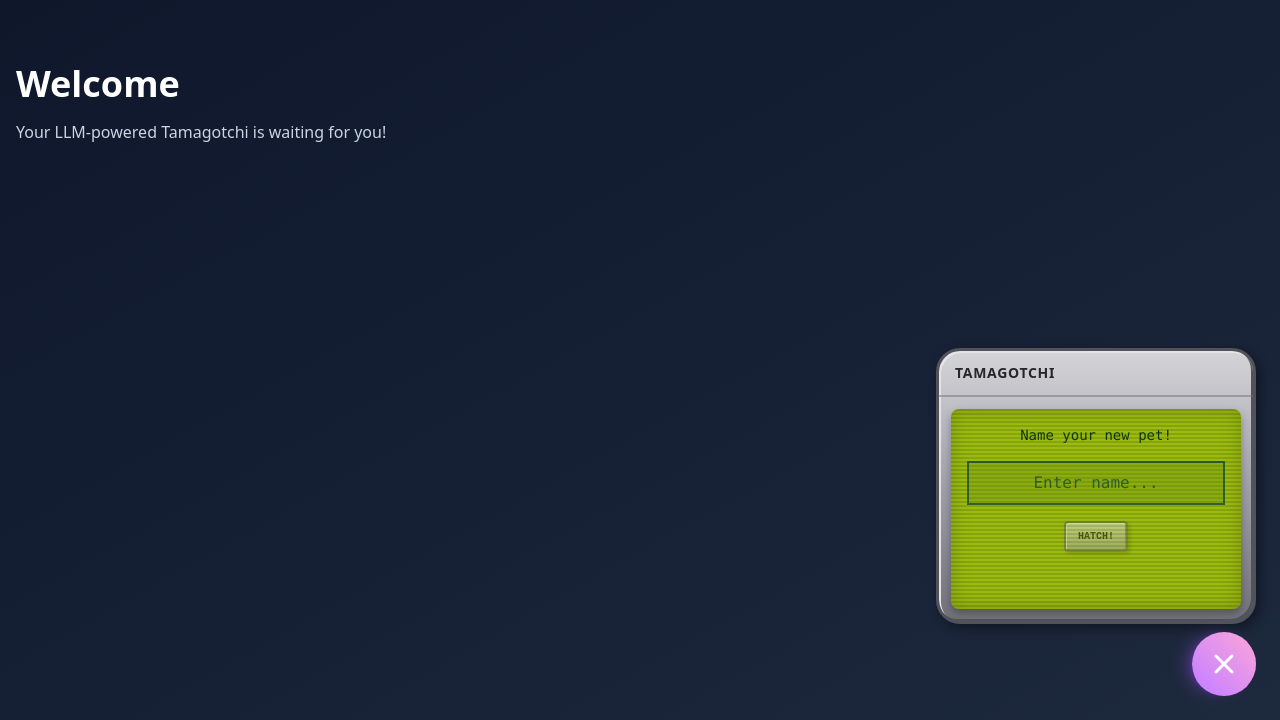
Repository: kttalley/local-llm-tamagotchi
Page: /
An editor plug-in stored every save of this project. The page is shown before and after the next save, followed by the edit.
The browser window is 1280 px wide. The pictures show the whole page.
The page's requests for data from a server got no answer. The project was rebuilt for these pictures with package versions that can differ from the ones it lists, and the page was loaded fresh each time. No one was signed in, and anything a server would have sent is missing. Also part of the build but not shown: vite.config.ts, src/components/PetDisplay/index.tsx, src/components/StatsBar/index.jsx, src/services/ollama.ts, src/components/ActionButtons/index.jsx, src/components/ChatBubble/index.tsx.

Above is the page before, as saved 2026-01-12 18:33:33.

### index.html
<!DOCTYPE html>
<html lang="en">
  <head>
    <meta charset="UTF-8" />
    <link rel="icon" type="image/svg+xml" href="/vite.svg" />
    <meta name="viewport" content="width=device-width, initial-scale=1.0" />
    <title>LLM Tamagotchi</title>
  </head>
  <body>
    <div id="root"></div>
    <script type="module" src="/src/main.tsx"></script>
  </body>
</html>

### src/main.tsx
import { StrictMode } from 'react'
import { createRoot } from 'react-dom/client'
import './styles/index.css'
import App from './App'

createRoot(document.getElementById('root')!).render(
  <StrictMode>
    <App />
  </StrictMode>,
)

### src/styles/index.css
@import "tailwindcss";

/* Custom Pixel Art Styles */
@layer base {
  :root {
    /* LCD Color Palette - authentic 90s Tamagotchi colors */
    --lcd-bg: #9bbc0f;
    --lcd-light: #8bac0f;
    --lcd-dark: #306230;
    --lcd-darkest: #0f380f;
  }

  body {
    font-family: system-ui, -apple-system, sans-serif;
  }
}

@layer components {
  /* Pixel-perfect rendering for sprites */
  .pixel-art {
    image-rendering: pixelated;
    image-rendering: crisp-edges;
  }

  /* LCD Screen Effect */
  .lcd-screen {
    background-color: var(--lcd-bg);
    background-image:
      repeating-linear-gradient(
        0deg,
        transparent,
        transparent 2px,
        rgba(0, 0, 0, 0.03) 2px,
        rgba(0, 0, 0, 0.03) 4px
      );
    box-shadow:
      inset 0 0 20px rgba(0, 0, 0, 0.2),
      0 4px 8px rgba(0, 0, 0, 0.3);
    border-radius: 8px;
  }

  /* Scanline overlay effect */
  .scanlines::after {
    content: "";
    position: absolute;
    inset: 0;
    background: repeating-linear-gradient(
      0deg,
      transparent,
      transparent 2px,
      rgba(0, 0, 0, 0.1) 2px,
      rgba(0, 0, 0, 0.1) 4px
    );
    pointer-events: none;
  }

  /* Retro button style */
  .retro-btn {
    background: linear-gradient(180deg, #e0e0e0 0%, #a0a0a0 100%);
    border: 2px solid #606060;
    border-radius: 4px;
    box-shadow:
      inset 1px 1px 0 #ffffff,
      inset -1px -1px 0 #808080,
      2px 2px 4px rgba(0, 0, 0, 0.3);
    font-family: monospace;
    font-weight: bold;
    text-transform: uppercase;
    font-size: 10px;
    padding: 6px 12px;
    cursor: pointer;
    transition: transform 0.1s;
  }

  .retro-btn:active {
    transform: translateY(1px);
    box-shadow:
      inset 1px 1px 0 #808080,
      inset -1px -1px 0 #ffffff,
      1px 1px 2px rgba(0, 0, 0, 0.3);
  }

  /* Pixel-style progress bar */
  .pixel-bar {
    height: 8px;
    background: var(--lcd-darkest);
    border: 2px solid var(--lcd-dark);
  }

  .pixel-bar-fill {
    height: 100%;
    background: var(--lcd-light);
    transition: width 0.3s ease;
  }

  /* Widget container */
  .tamagotchi-shell {
    background: linear-gradient(180deg, #d4d4d8 0%, #a1a1aa 50%, #71717a 100%);
    border: 3px solid #52525b;
    border-radius: 24px;
    box-shadow:
      inset 2px 2px 0 #e4e4e7,
      inset -2px -2px 0 #52525b,
      4px 4px 12px rgba(0, 0, 0, 0.4);
  }
}

/* Sprite animation keyframes */
@keyframes idle-bounce {
  0%, 100% { transform: translateY(0); }
  50% { transform: translateY(-4px); }
}

@keyframes blink {
  0%, 90%, 100% { opacity: 1; }
  95% { opacity: 0; }
}

.pet-idle {
  animation: idle-bounce 1s ease-in-out infinite;
}

.pet-blink {
  animation: blink 3s ease-in-out infinite;
}

### src/App.jsx
import { FloatingButton } from './components/FloatingButton'
import { TamagotchiWidget } from './components/TamagotchiWidget'
import { usePetStore } from './store/petStore'

function App() {
  const { isWidgetOpen, toggleWidget } = usePetStore()

  return (
    <div className="min-h-screen bg-gradient-to-br from-slate-900 to-slate-800">
      {/* Homepage content placeholder */}
      <main className="container mx-auto px-4 py-16">
        <h1 className="text-4xl font-bold text-white mb-4">Welcome</h1>
        <p className="text-slate-300">Your LLM-powered Tamagotchi is waiting for you!</p>
      </main>

      {/* Floating Tamagotchi Widget */}
      <TamagotchiWidget isOpen={isWidgetOpen} onClose={toggleWidget} />
      <FloatingButton onClick={toggleWidget} isOpen={isWidgetOpen} />
    </div>
  )
}

export default App

### src/components/FloatingButton/index.tsx
interface FloatingButtonProps {
  onClick: () => void
  isOpen: boolean
}

export function FloatingButton({ onClick, isOpen }: FloatingButtonProps) {
  return (
    <button
      onClick={onClick}
      className={`
        fixed bottom-6 right-6 z-50
        w-16 h-16 rounded-full
        bg-gradient-to-br from-pink-300 to-purple-400
        shadow-lg shadow-purple-500/30
        flex items-center justify-center
        transition-all duration-300 ease-out
        hover:scale-110 hover:shadow-xl hover:shadow-purple-500/40
        active:scale-95
        ${isOpen ? 'rotate-90' : 'rotate-0'}
      `}
      aria-label={isOpen ? 'Close Tamagotchi' : 'Open Tamagotchi'}
    >
      {/* Pixel art egg/pet icon */}
      <svg
        viewBox="0 0 32 32"
        className="w-8 h-8 pixel-art"
        fill="none"
      >
        {isOpen ? (
          // X icon when open
          <path
            d="M8 8L24 24M24 8L8 24"
            stroke="white"
            strokeWidth="3"
            strokeLinecap="round"
          />
        ) : (
          // Egg icon when closed
          <>
            <ellipse cx="16" cy="18" rx="10" ry="12" fill="white" />
            <ellipse cx="16" cy="18" rx="8" ry="10" fill="#dcf428" />
            <circle cx="12" cy="16" r="2" fill="#1f2937" />
            <circle cx="20" cy="16" r="2" fill="#1f2937" />
            <path
              d="M13 20 Q16 23 19 20"
              stroke="#1f2937"
              strokeWidth="1.5"
              fill="none"
            />
          </>
        )}
      </svg>
    </button>
  )
}

### src/components/TamagotchiWidget/index.tsx
import { useEffect, useState } from 'react'
import { usePetStore } from '../../store/petStore'
import { PetDisplay } from '../PetDisplay'
import { StatsBar } from '../StatsBar'
import { ActionButtons } from '../ActionButtons'
import { ChatBubble } from '../ChatBubble'

interface TamagotchiWidgetProps {
  isOpen: boolean
  onClose: () => void
}

export function TamagotchiWidget({ isOpen }: TamagotchiWidgetProps) {
  const { pet, createPet, tickStats, chatHistory } = usePetStore()
  const [petName, setPetName] = useState('')
  const [showChat, setShowChat] = useState(false)

  // Tick stats every minute
  useEffect(() => {
    if (!pet) return

    const interval = setInterval(() => {
      tickStats()
    }, 60000)

    return () => clearInterval(interval)
  }, [pet, tickStats])

  // Update stats on mount if pet exists
  useEffect(() => {
    if (pet) {
      tickStats()
    }
  }, [])

  const handleCreatePet = (e: React.FormEvent) => {
    e.preventDefault()
    if (petName.trim()) {
      createPet(petName.trim())
      setPetName('')
    }
  }

  const lastMessage = chatHistory[chatHistory.length - 1]

  if (!isOpen) return null

  return (
    <div
      className={`
        fixed bottom-24 right-6 z-40
        w-80 tamagotchi-shell
        transform transition-all duration-300 ease-out
        ${isOpen ? 'translate-y-0 opacity-100 scale-100' : 'translate-y-8 opacity-0 scale-95'}
      `}
    >
      {/* Header */}
      <div className="px-4 py-3 border-b-2 border-zinc-500/50">
        <div className="flex items-center justify-between">
          <h2 className="text-sm font-bold text-zinc-800 uppercase tracking-wider">
            {pet ? pet.name : 'Tamagotchi'}
          </h2>
          {pet && (
            <span className="text-xs text-zinc-600 uppercase">
              {pet.evolutionStage}
            </span>
          )}
        </div>
      </div>

      {/* LCD Screen */}
      <div className="m-3 p-4 lcd-screen relative overflow-hidden min-h-[200px]">
        <div className="scanlines">
          {!pet ? (
            // Create Pet Form
            <form onSubmit={handleCreatePet} className="flex flex-col gap-4">
              <p className="text-sm text-[var(--lcd-darkest)] font-mono text-center">
                Name your new pet!
              </p>
              <input
                type="text"
                value={petName}
                onChange={(e) => setPetName(e.target.value)}
                placeholder="Enter name..."
                maxLength={12}
                className="
                  w-full px-3 py-2
                  bg-[var(--lcd-light)] border-2 border-[var(--lcd-dark)]
                  text-[var(--lcd-darkest)] font-mono text-center
                  placeholder:text-[var(--lcd-dark)]
                  focus:outline-none focus:border-[var(--lcd-darkest)]
                "
              />
              <button
                type="submit"
                disabled={!petName.trim()}
                className="retro-btn mx-auto disabled:opacity-50"
              >
                Hatch!
              </button>
            </form>
          ) : (
            // Pet Display
            <div className="flex flex-col items-center gap-2">
              {/* Chat bubble */}
              {showChat && lastMessage?.role === 'pet' && (
                <ChatBubble message={lastMessage.content} />
              )}

              {/* Pet sprite */}
              <PetDisplay
                pixelGrid={pet.pixelGrid}
                isSleeping={pet.isSleeping}
              />

              {/* Stats */}
              <StatsBar stats={pet.stats} />
            </div>
          )}
        </div>
      </div>

      {/* Action Buttons */}
      {pet && (
        <div className="px-3 pb-3">
          <ActionButtons
            isSleeping={pet.isSleeping}
            onShowChat={() => setShowChat(true)}
          />
        </div>
      )}
    </div>
  )
}

### src/store/petStore.ts
import { create } from 'zustand'
import { persist } from 'zustand/middleware'
import type { Pet, PetStats, PetAction, ChatMessage, EvolutionStage, Mood, PixelGrid } from '../types/pet'

interface PetStore {
  pet: Pet | null
  isWidgetOpen: boolean
  currentAction: PetAction
  chatHistory: ChatMessage[]
  isLoading: boolean

  // Actions
  toggleWidget: () => void
  createPet: (name: string) => void
  feed: () => void
  play: () => void
  sleep: () => void
  wake: () => void
  addChatMessage: (message: ChatMessage) => void
  setLoading: (loading: boolean) => void
  setCurrentAction: (action: PetAction) => void
  tickStats: () => void

  // Computed
  getMood: () => Mood
  shouldEvolve: () => boolean
  evolve: () => void
}

const DECAY_RATE = {
  hunger: 0.5,    // per minute
  happiness: 0.3,
  energy: 0.2
}

const EVOLUTION_THRESHOLDS: Record<EvolutionStage, number> = {
  egg: 0,
  baby: 100,
  child: 300,
  teen: 600,
  adult: 1000
}

function generateId(): string {
  return Math.random().toString(36).substring(2, 9)
}

function clamp(value: number, min: number, max: number): number {
  return Math.max(min, Math.min(max, value))
}

// Generate a symmetrical 8x8 pixel grid (like GitHub identicons)
function generatePixelGrid(): PixelGrid {
  const grid: PixelGrid = []

  for (let row = 0; row < 8; row++) {
    const rowData: number[] = []
    // Generate left half (4 pixels), then mirror for right half
    for (let col = 0; col < 4; col++) {
      // Higher probability in center for more cohesive shapes
      const distFromCenter = Math.abs(col - 1.5) + Math.abs(row - 3.5)
      const probability = distFromCenter < 3 ? 0.6 : 0.3
      rowData.push(Math.random() < probability ? 1 : 0)
    }
    // Mirror to create symmetry
    for (let col = 3; col >= 0; col--) {
      rowData.push(rowData[col])
    }
    grid.push(rowData)
  }

  return grid
}

function getNextEvolutionStage(current: EvolutionStage): EvolutionStage | null {
  const stages: EvolutionStage[] = ['egg', 'baby', 'child', 'teen', 'adult']
  const idx = stages.indexOf(current)
  if (idx < stages.length - 1) {
    return stages[idx + 1]
  }
  return null
}

export const usePetStore = create<PetStore>()(
  persist(
    (set, get) => ({
      pet: null,
      isWidgetOpen: true,
      currentAction: 'idle',
      chatHistory: [],
      isLoading: false,

      toggleWidget: () => set(state => ({ isWidgetOpen: !state.isWidgetOpen })),

      createPet: (name: string) => {
        const newPet: Pet = {
          id: generateId(),
          name,
          birthDate: Date.now(),
          evolutionStage: 'egg',
          stats: {
            hunger: 80,
            happiness: 80,
            energy: 80
          },
          personality: 'curious and playful',
          careScore: 0,
          lastInteraction: Date.now(),
          isSleeping: false,
          pixelGrid: generatePixelGrid()
        }
        set({ pet: newPet, chatHistory: [] })
      },

      feed: () => {
        const { pet } = get()
        if (!pet || pet.isSleeping) return

        set({ currentAction: 'eating' })

        setTimeout(() => {
          set(state => {
            if (!state.pet) return state
            const newStats: PetStats = {
              ...state.pet.stats,
              hunger: clamp(state.pet.stats.hunger + 25, 0, 100),
              happiness: clamp(state.pet.stats.happiness + 5, 0, 100)
            }
            return {
              pet: {
                ...state.pet,
                stats: newStats,
                careScore: state.pet.careScore + 10,
                lastInteraction: Date.now()
              },
              currentAction: 'idle'
            }
          })
        }, 1500)
      },

      play: () => {
        const { pet } = get()
        if (!pet || pet.isSleeping) return

        set({ currentAction: 'playing' })

        setTimeout(() => {
          set(state => {
            if (!state.pet) return state
            const newStats: PetStats = {
              ...state.pet.stats,
              happiness: clamp(state.pet.stats.happiness + 20, 0, 100),
              energy: clamp(state.pet.stats.energy - 15, 0, 100)
            }
            return {
              pet: {
                ...state.pet,
                stats: newStats,
                careScore: state.pet.careScore + 15,
                lastInteraction: Date.now()
              },
              currentAction: 'idle'
            }
          })
        }, 2000)
      },

      sleep: () => {
        const { pet } = get()
        if (!pet) return

        set(state => ({
          pet: state.pet ? { ...state.pet, isSleeping: true } : null,
          currentAction: 'sleeping'
        }))
      },

      wake: () => {
        set(state => {
          if (!state.pet) return state
          return {
            pet: {
              ...state.pet,
              isSleeping: false,
              stats: {
                ...state.pet.stats,
                energy: clamp(state.pet.stats.energy + 30, 0, 100)
              }
            },
            currentAction: 'idle'
          }
        })
      },

      addChatMessage: (message: ChatMessage) => {
        set(state => ({
          chatHistory: [...state.chatHistory.slice(-20), message]
        }))
      },

      setLoading: (loading: boolean) => set({ isLoading: loading }),

      setCurrentAction: (action: PetAction) => set({ currentAction: action }),

      tickStats: () => {
        set(state => {
          if (!state.pet) return state

          const now = Date.now()
          const minutesPassed = (now - state.pet.lastInteraction) / 60000

          if (minutesPassed < 1) return state

          const decayMultiplier = state.pet.isSleeping ? 0.5 : 1

          const newStats: PetStats = {
            hunger: clamp(
              state.pet.stats.hunger - (DECAY_RATE.hunger * minutesPassed * decayMultiplier),
              0, 100
            ),
            happiness: clamp(
              state.pet.stats.happiness - (DECAY_RATE.happiness * minutesPassed * decayMultiplier),
              0, 100
            ),
            energy: state.pet.isSleeping
              ? clamp(state.pet.stats.energy + (0.5 * minutesPassed), 0, 100)
              : clamp(state.pet.stats.energy - (DECAY_RATE.energy * minutesPassed), 0, 100)
          }

          return {
            pet: {
              ...state.pet,
              stats: newStats,
              lastInteraction: now
            }
          }
        })
      },

      getMood: (): Mood => {
        const { pet } = get()
        if (!pet) return 'neutral'

        const avgStats = (pet.stats.hunger + pet.stats.happiness + pet.stats.energy) / 3

        if (avgStats < 20) return 'sick'
        if (avgStats < 40) return 'sad'
        if (avgStats < 60) return 'neutral'
        if (avgStats < 80) return 'happy'
        return 'ecstatic'
      },

      shouldEvolve: (): boolean => {
        const { pet } = get()
        if (!pet) return false

        const nextStage = getNextEvolutionStage(pet.evolutionStage)
        if (!nextStage) return false

        return pet.careScore >= EVOLUTION_THRESHOLDS[nextStage]
      },

      evolve: () => {
        set(state => {
          if (!state.pet) return state

          const nextStage = getNextEvolutionStage(state.pet.evolutionStage)
          if (!nextStage) return state

          return {
            pet: {
              ...state.pet,
              evolutionStage: nextStage
            }
          }
        })
      }
    }),
    {
      name: 'tamagotchi-storage',
      version: 1,
      partialize: (state) => ({
        pet: state.pet,
        chatHistory: state.chatHistory
      }),
      migrate: (persistedState: unknown, version: number) => {
        const state = persistedState as { pet: Pet | null; chatHistory: ChatMessage[] }
        // Migration: add pixelGrid to existing pets
        if (version === 0 && state.pet && !state.pet.pixelGrid) {
          state.pet.pixelGrid = generatePixelGrid()
        }
        return state
      }
    }
  )
)

After the next save:
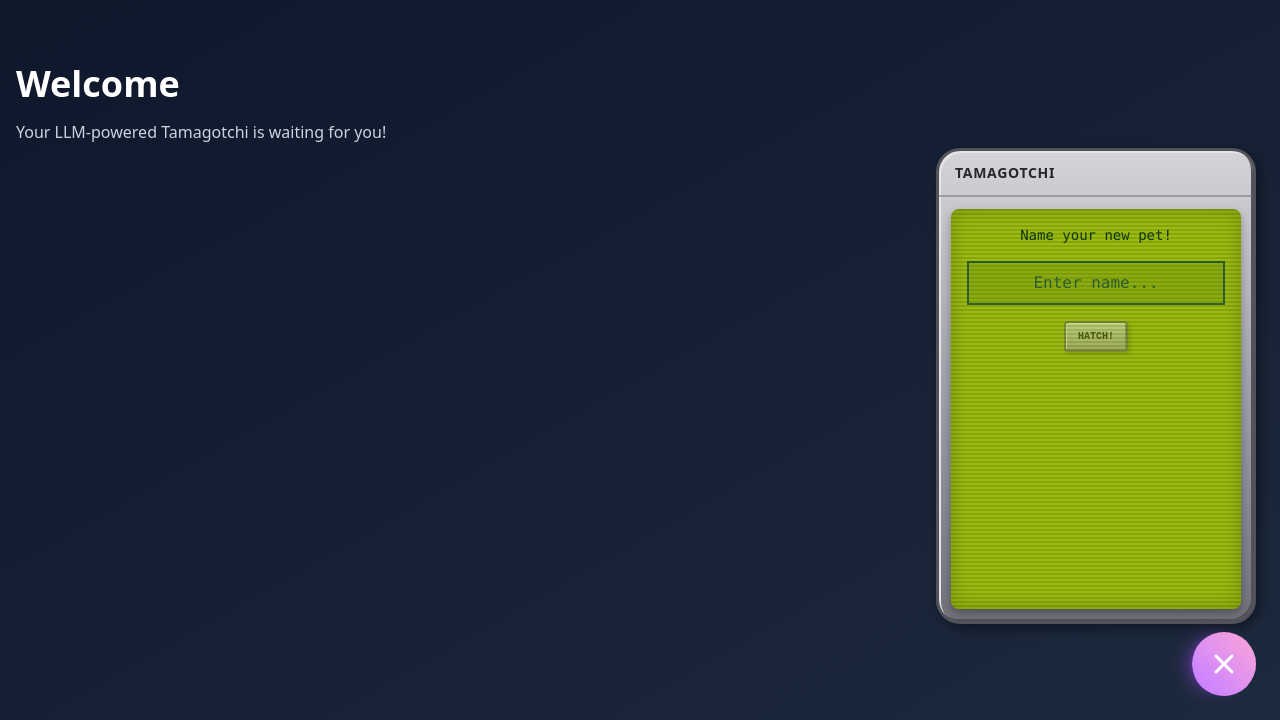
Saved 49 s later.
--- a/src/components/TamagotchiWidget/index.tsx
+++ b/src/components/TamagotchiWidget/index.tsx
@@ -69,7 +69,7 @@
       </div>
 
       {/* LCD Screen */}
-      <div className="m-3 p-4 lcd-screen relative overflow-hidden min-h-[200px]">
+      <div className="m-3 p-4 lcd-screen relative overflow-hidden min-h-[400px]">
         <div className="scanlines">
           {!pet ? (
             // Create Pet Form
